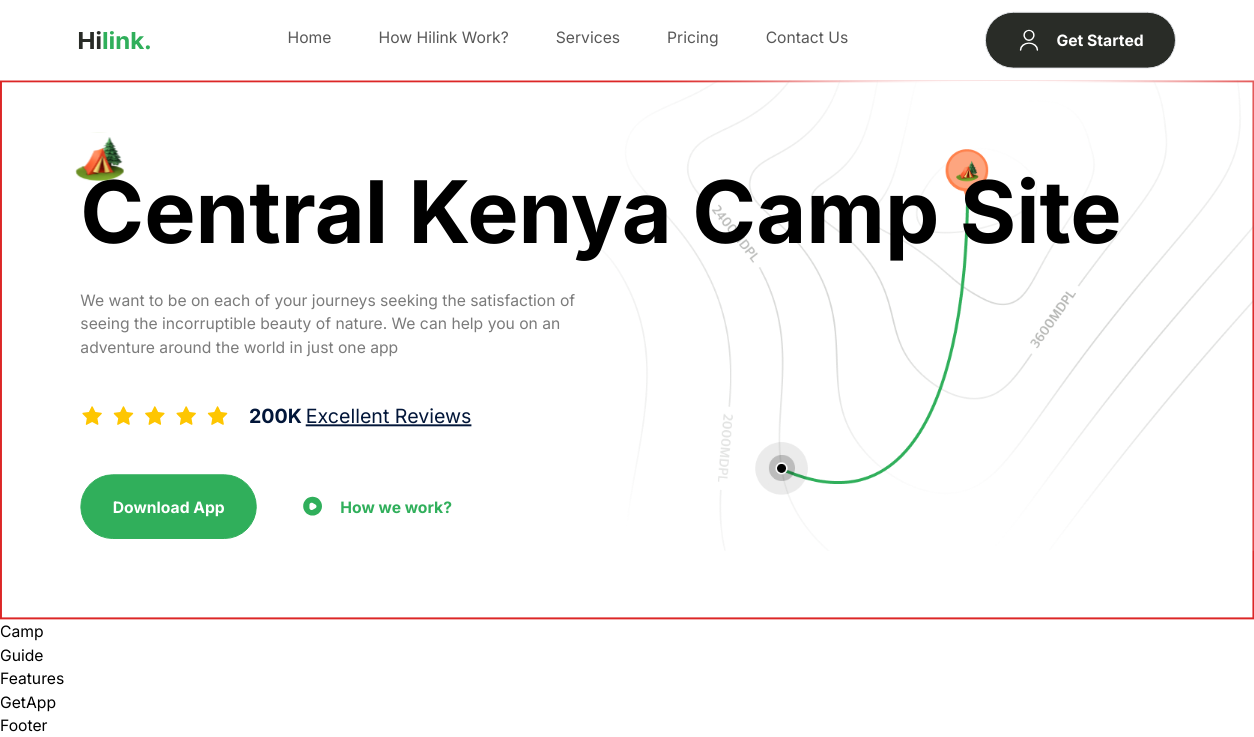
Repository: martin-raphael/travel_agency
Page: /
The author's editor kept a copy of each file at every save. The page is drawn from the files as they stood at one save, then again after the next save.
The browser window is 1280 px wide. The pictures show the whole page, at 98% of full size.
The project was rebuilt for these pictures with package versions that can differ from the ones it lists, and the page was loaded fresh each time. The framework's server and built-in components were replaced by stand-ins that run in the browser. Also part of the build but not shown: next.config.mjs.

Above is the page before, as saved 2024-08-08 18:37:45.

### app/layout.tsx
import type { Metadata } from "next";
import Navbar from "@/components/Navbar";
import Footer from "@/components/Footer";
import "./globals.css";

export const metadata: Metadata = {
  title: "Travel App",
  description: "Beauty of Nature",
};

export default function RootLayout({
  children,
}: Readonly<{
  children: React.ReactNode;
}>) {
  return (
    <html lang="en">
      <body>
        <Navbar />
        <main className="relative overflow-hidden">{children}</main>
        <Footer />
      </body>
    </html>
  );
}

### components/Navbar.tsx
import { NAV_LINKS } from "@/constants";
import Image from "next/image";
import Link from "next/link";
import React from "react";
import Button from "./Button";

const Navbar = () => {
  return (
    <nav className=" flexBetween max-container padding-container relative z-30 py-3">
      <Link href="/">
        <Image src="/hilink-logo.svg" alt="logo" width={74} height={29} />
      </Link>
      <ul className="hidden h-full gap-12 lg:flex">
        {NAV_LINKS.map((link) => (
          <Link
            href={link.href}
            key={link.key}
            className="regular-16 text-gray-50 flexCenter cursor-pointer pb-1.5 transition-all hover:font-bold"
          >
            {link.label}
          </Link>
        ))}
      </ul>

      <div className=" lg:flexCenter hidden">
        <Button
          type="button"
          title="Get Started"
          icon="/user.svg"
          variant="btn_dark_green"
        />
      </div>
      <Image
        src="menu.svg"
        alt="menu"
        width={32}
        height={32}
        className="inline-block cursor-pointer lg:hidden"
      />
    </nav>
  );
};

export default Navbar;

### components/Hero.tsx
import Image from "next/image";
import React from "react";
import Button from "./Button";

const Hero = () => {
  return (
    <section
      className=" max-container padding-container flex
    flex-col gap-20 lg:py-20 py-10 pb-32 md:gap-28 xl:flex-row
    border-2 border-red-600"
    >
      <div className="hero-map" />

      {/* LEFT SIDE-*/}

      <div className="relative z-20 flex flex-1 flex-col xl:w-1/2">
        <Image
          src="/camp.svg"
          alt="camp"
          width={50}
          height={50}
          className="absolute left-[-5px] top-[-30px] w-10 lg:w-[50px]"
        />
        <h1 className="bold-52 lg:bold-88"> Central Kenya Camp Site</h1>
        <p className="regular-16 mt-6 text-gray-30 xl:max-w-[520px]">
          We want to be on each of your journeys seeking the satisfaction of
          seeing the incorruptible beauty of nature. We can help you on an
          adventure around the world in just one app
        </p>

        <div className="my-11 flex flex-wrap gap-5">
          <div className="flex items-center gap-2">
            {Array(5)
              .fill(1)
              .map((_, index) => (
                <Image
                  src="/star.svg"
                  alt="Ratings"
                  key={index}
                  width={24}
                  height={24}
                />
              ))}
          </div>
          <p className="bold-16 lg:bold-20 text-blue-70">
            200K
            <span className="regular-16 lg:regular-20 ml-1 underline">
              Excellent Reviews
            </span>
          </p>
        </div>
        <div className="flex flex-col w-full gap-3 sm:flex-row">
          <Button type="button" title="Download App" variant="btn_green" />

          <Button type="button" title="How we work? " icon="/play.svg" variant="btn_white" />
        </div>
      </div>
    </section>
  );
};

export default Hero;

### components/Button.tsx
import Image from "next/image";

type ButtonProps = {
  type: "button" | "submit";
  title: string;
  icon?: string;
  variant?: string;
  full?:boolean;
};

const Button = ({ type, title, icon, variant, full }: ButtonProps) => {
  return (
    <button
      className={`flexCenter gap-4 rounded-full border ${variant} ${full && 'w-full'}`}
      type={type}
    >
      {icon && <Image src={icon} alt={title} width={24} height={24} />}
      <label className=" bold-16 whitespace-nowrap cursor-pointer">{title}</label>
    </button>
  );
};

export default Button;

Loaded but not shown: app/page.tsx (common file); components/Footer.tsx (common file); app/globals.css (common file); components/Camp.tsx (common file); components/Features.tsx (common file); components/GetApp.tsx (common file); components/Guide.tsx (common file); constants/index.ts (common file); tailwind.config.ts (common file)

After the next save:
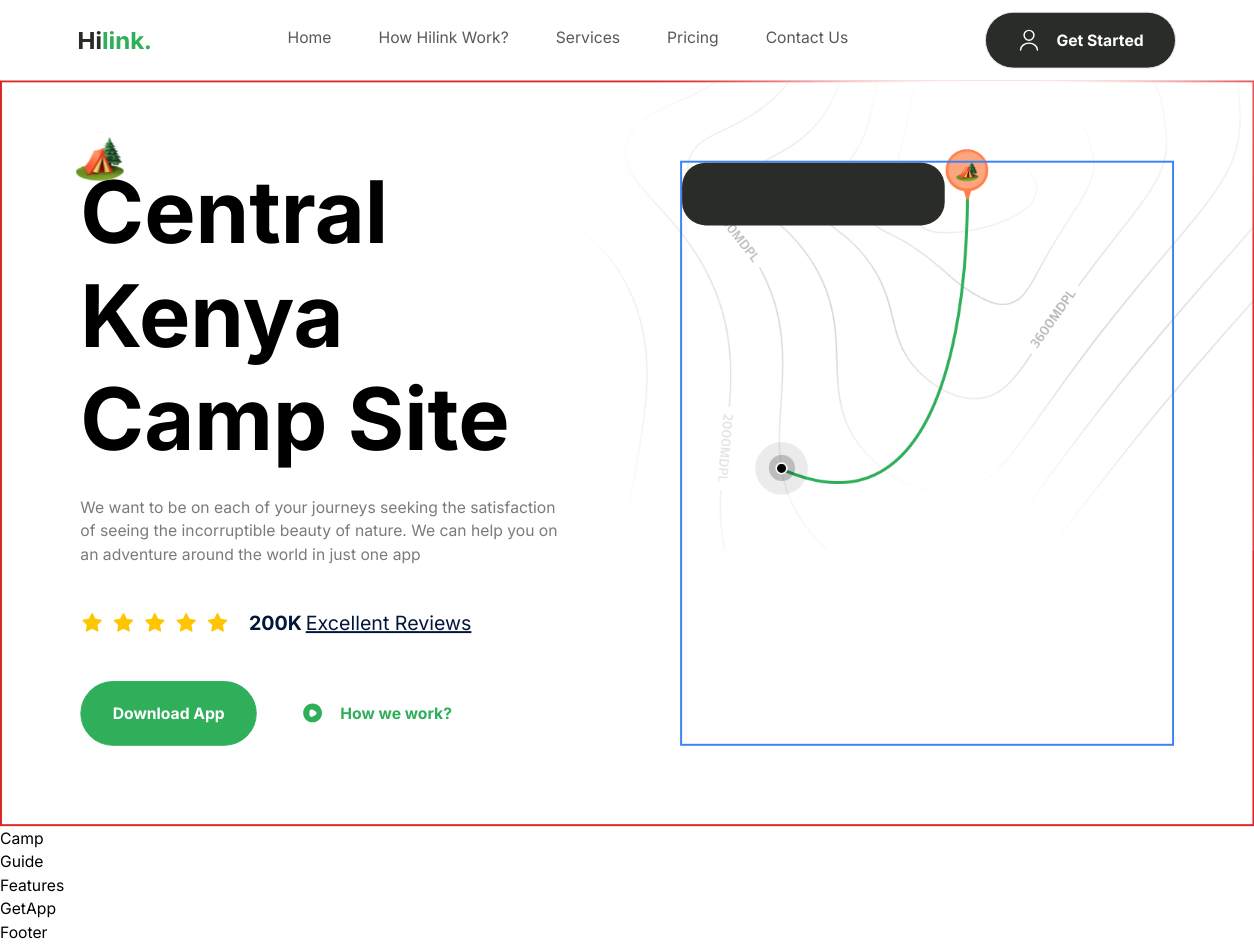
Saved 4 min 4 s later.
--- a/components/Hero.tsx
+++ b/components/Hero.tsx
@@ -52,7 +52,18 @@ const Hero = () => {
         <div className="flex flex-col w-full gap-3 sm:flex-row">
           <Button type="button" title="Download App" variant="btn_green" />
 
-          <Button type="button" title="How we work? " icon="/play.svg" variant="btn_white" />
+          <Button
+            type="button"
+            title="How we work? "
+            icon="/play.svg"
+            variant="btn_white"
+          />
+        </div>
+      </div>
+
+      <div className="relative flex flex-1 items-start border-2 border-blue-500">
+        <div className="relative z-20 w-[268px] flex-col gap-8 rounded-3xl bg-green-90 px-7 py-8">
+
         </div>
       </div>
     </section>
